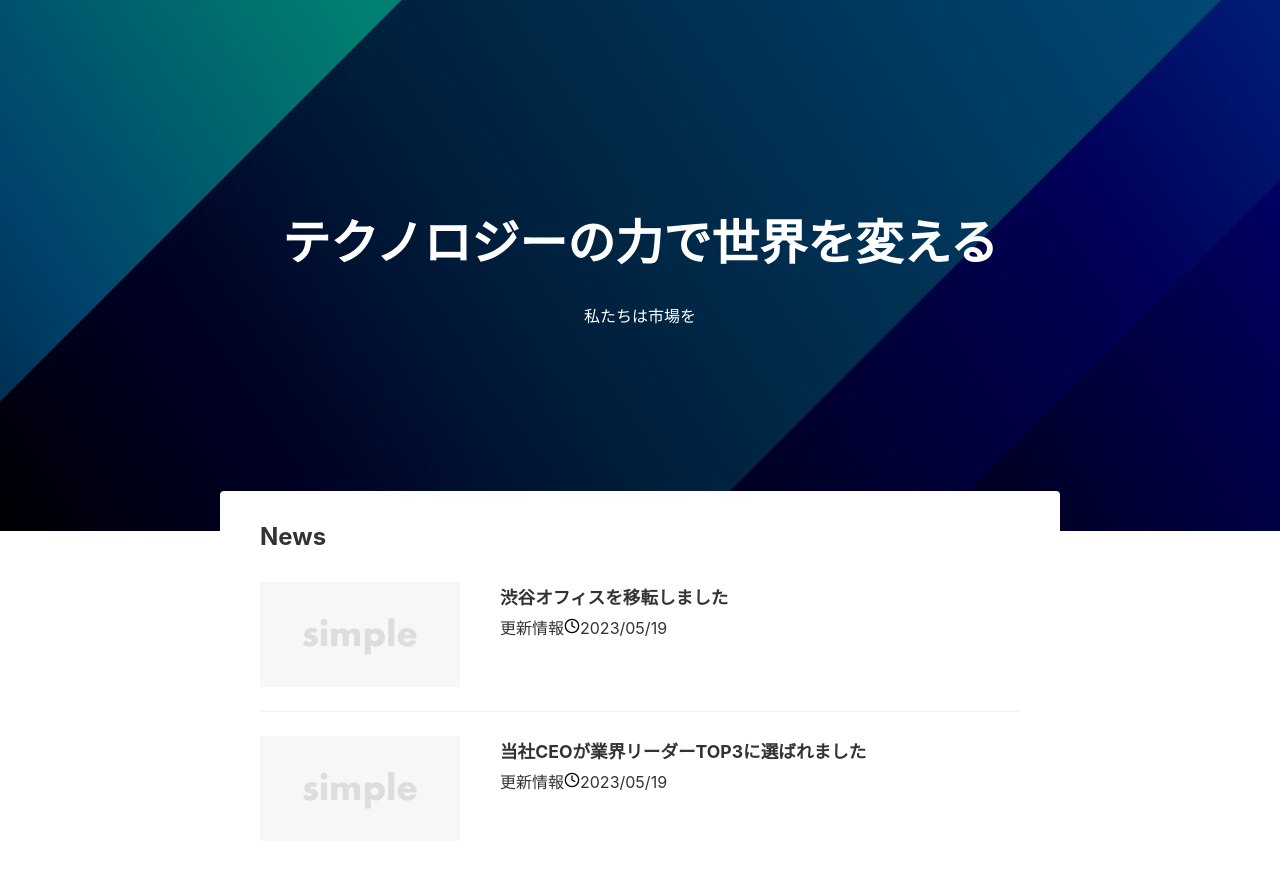
Repository: sk-style/my-next-project
Page: /
An editor plug-in stored every save of this project. The page is shown before and after a run of saves, followed by the edit.
The browser window is 1280 px wide. The pictures show the whole page.
The project was rebuilt for these pictures with package versions that can differ from the ones it lists, and the page was loaded fresh each time. The framework's server and built-in components were replaced by stand-ins that run in the browser. Also part of the build but not shown: next.config.ts.

Above is the page before, as saved 2025-10-27 14:38:56.

After the next 3 saves:
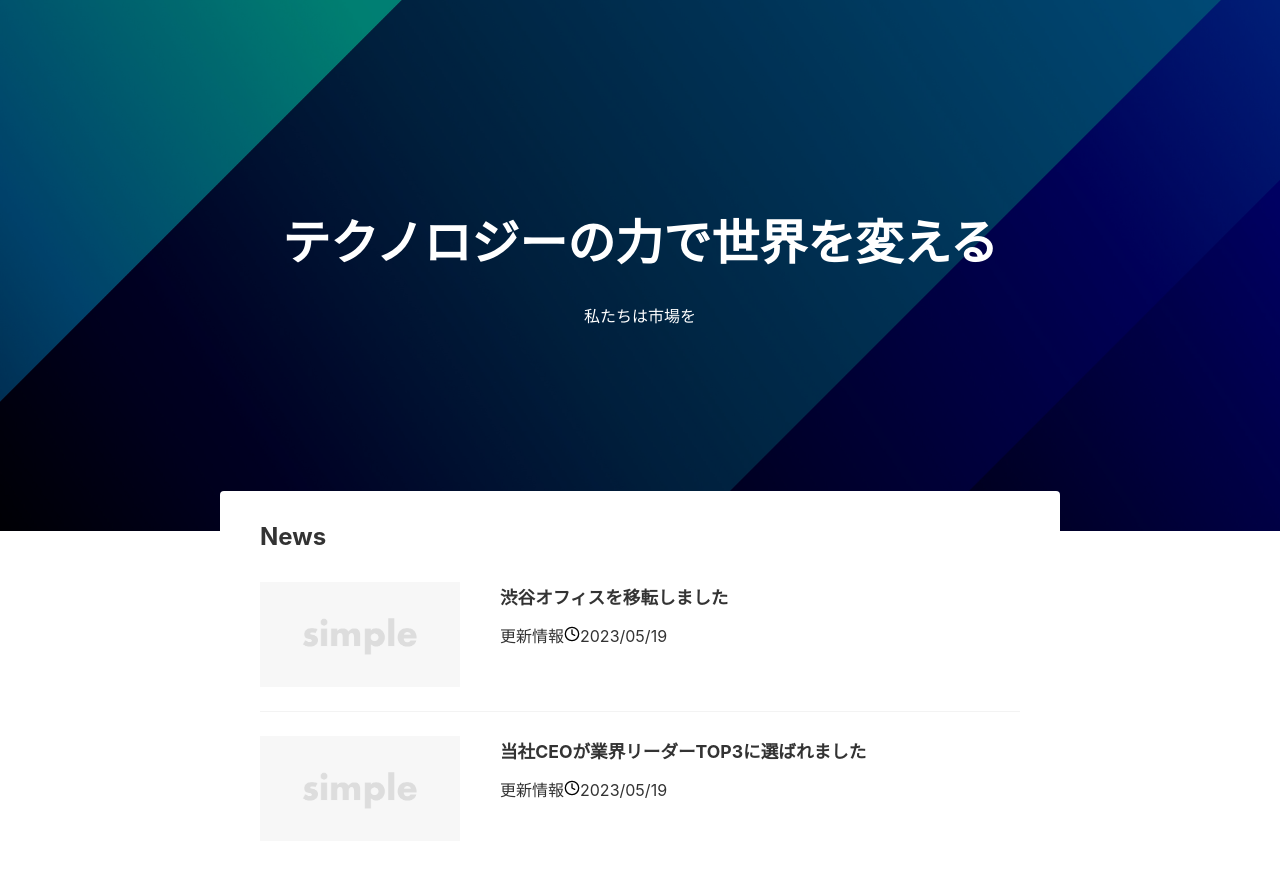
The 3 saves are shown as one change because they came seconds apart.
The last was saved 13 s later.
--- a/app/page.module.css
+++ b/app/page.module.css
@@ -66,7 +66,7 @@
 .newsItemTitle {
   font-size: 1.1rem;
   font-weight: bold;
-  border-radius: var(--border-radius);
+  margin-bottom: 0.5rem;
 }
 
 .image {
